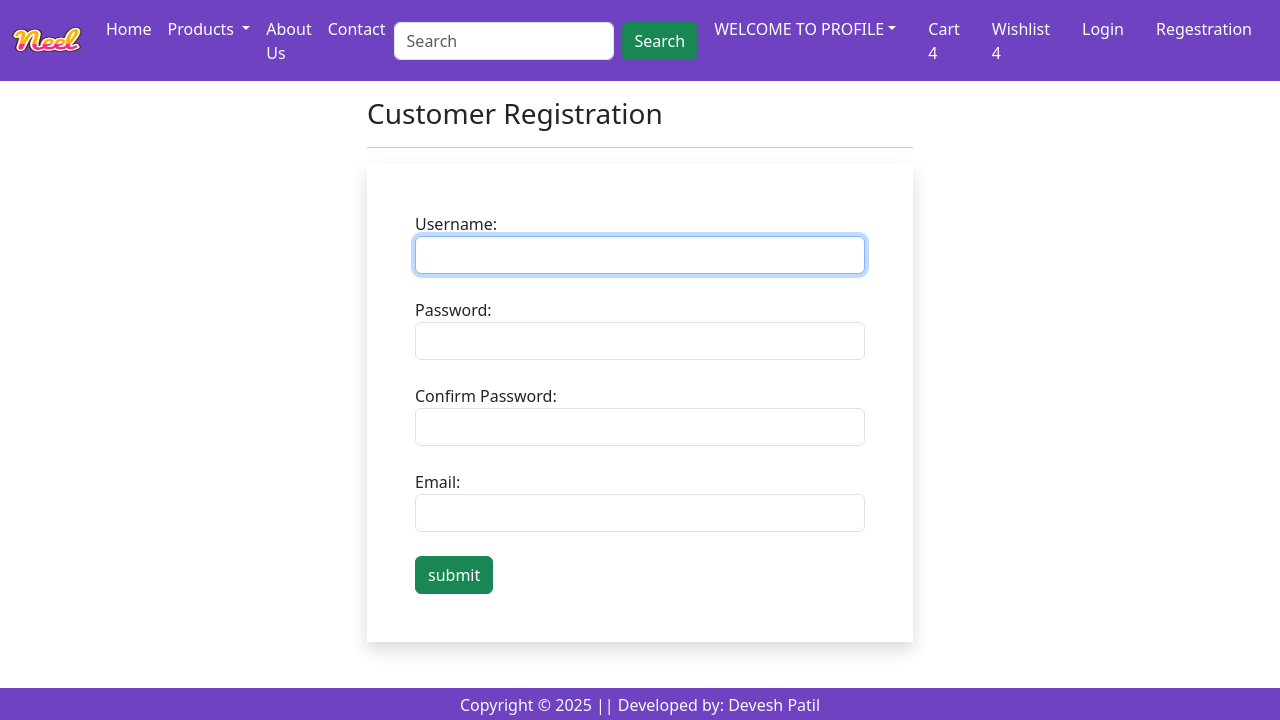
Repository: DeveshPatill/mydjango
Page: http://localhost/registration/
An editor plug-in stored every save of this project. The page is shown before and after a run of saves, followed by the edit.
The browser window is 1280 px wide. The pictures show the whole page.
The page is served by the project's application, run on Django 5.2 (ec/manage.py).

Above is the page before, as saved 2025-03-23 23:04:01.

After the next 2 saves:
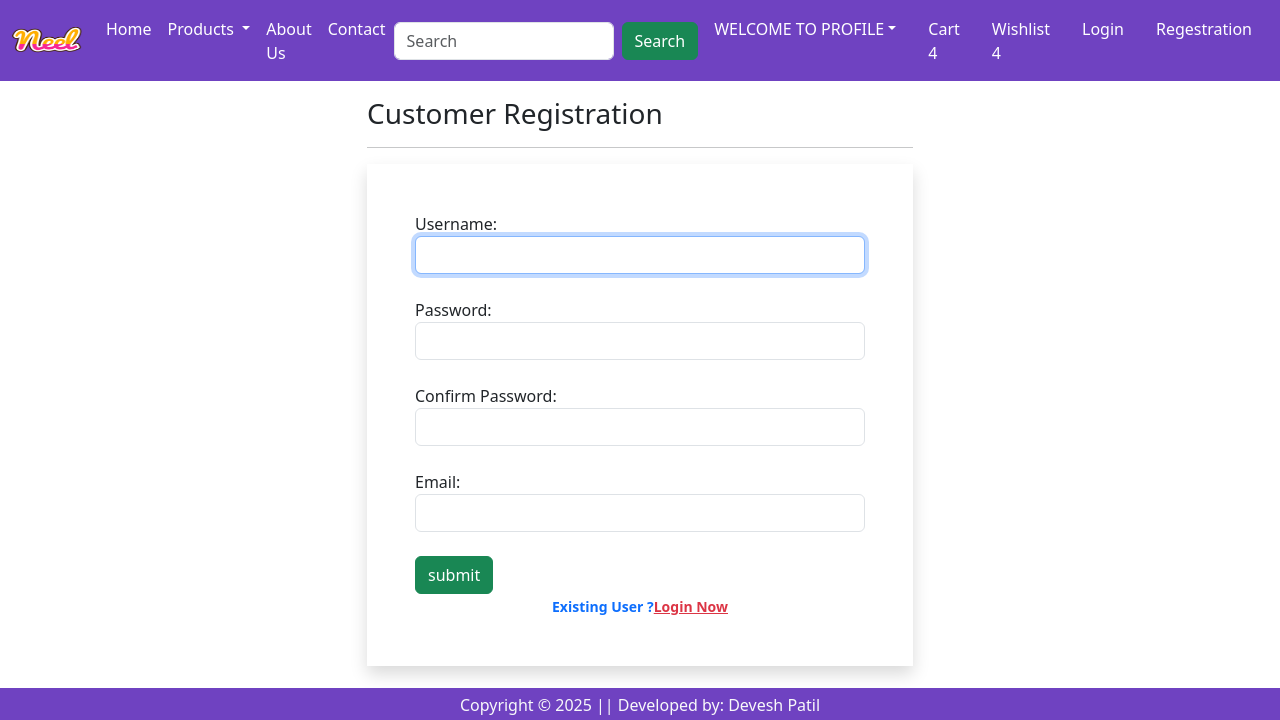
The 2 saves are shown as one change because 1 did not build or start.
The last was saved 2 min 56 s later.
--- a/ec/app/templates/app/customerregistration.html
+++ b/ec/app/templates/app/customerregistration.html
@@ -17,6 +17,7 @@
                {% endfor %}
                <input type="submit" value="submit" class="btn btn-success"><br>
                <div class="text-center text-primary fw-bold">
+                <small>Existing User ?<a href="#" class="text-danger">Login Now</a></small>
 
                </div>
             </form>
